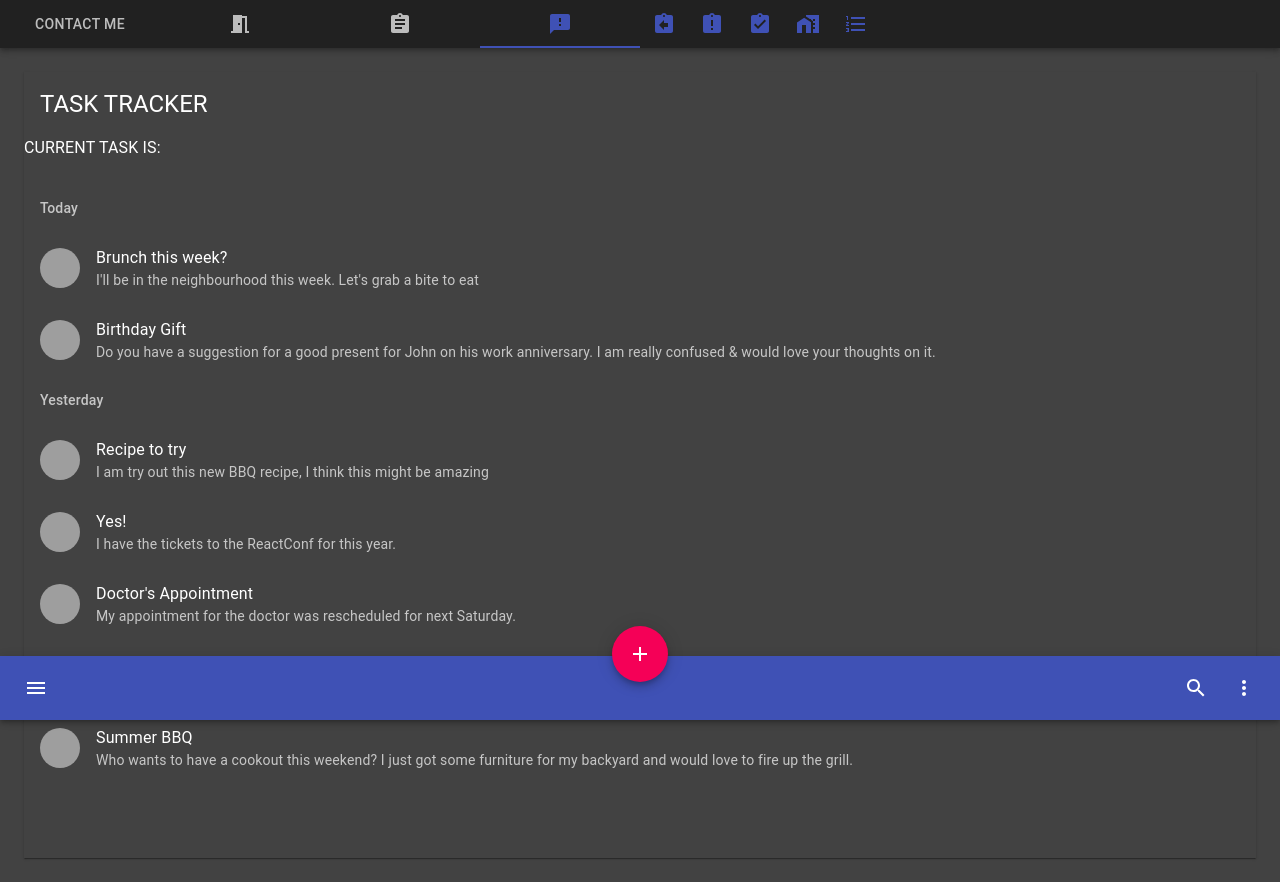
Repository: hossamsulleman1/CONTACTME
Page: / (app in my-app/), after clicking the first element matching `#scrollable-auto-tab-3`
These files come from the project's save history. The page is drawn as it stood at one moment and after a run of saves; the edit follows.
The browser window is 1280 px wide. The pictures show the whole page.
Pictures or frames that could not be fetched are drawn as grey boxes. The project was rebuilt for these pictures with package versions that can differ from the ones it lists, and the page was loaded fresh each time. Also part of the build but not shown: my-app/src/Components/ProfileFolder/FriendsAvatarList.jsx, my-app/src/Components/ProfileFolder/Content.jsx, my-app/src/Components/Preview.jsx.

Above is the page before, as saved 2020-11-09 11:13:26.

After the next 2 saves:
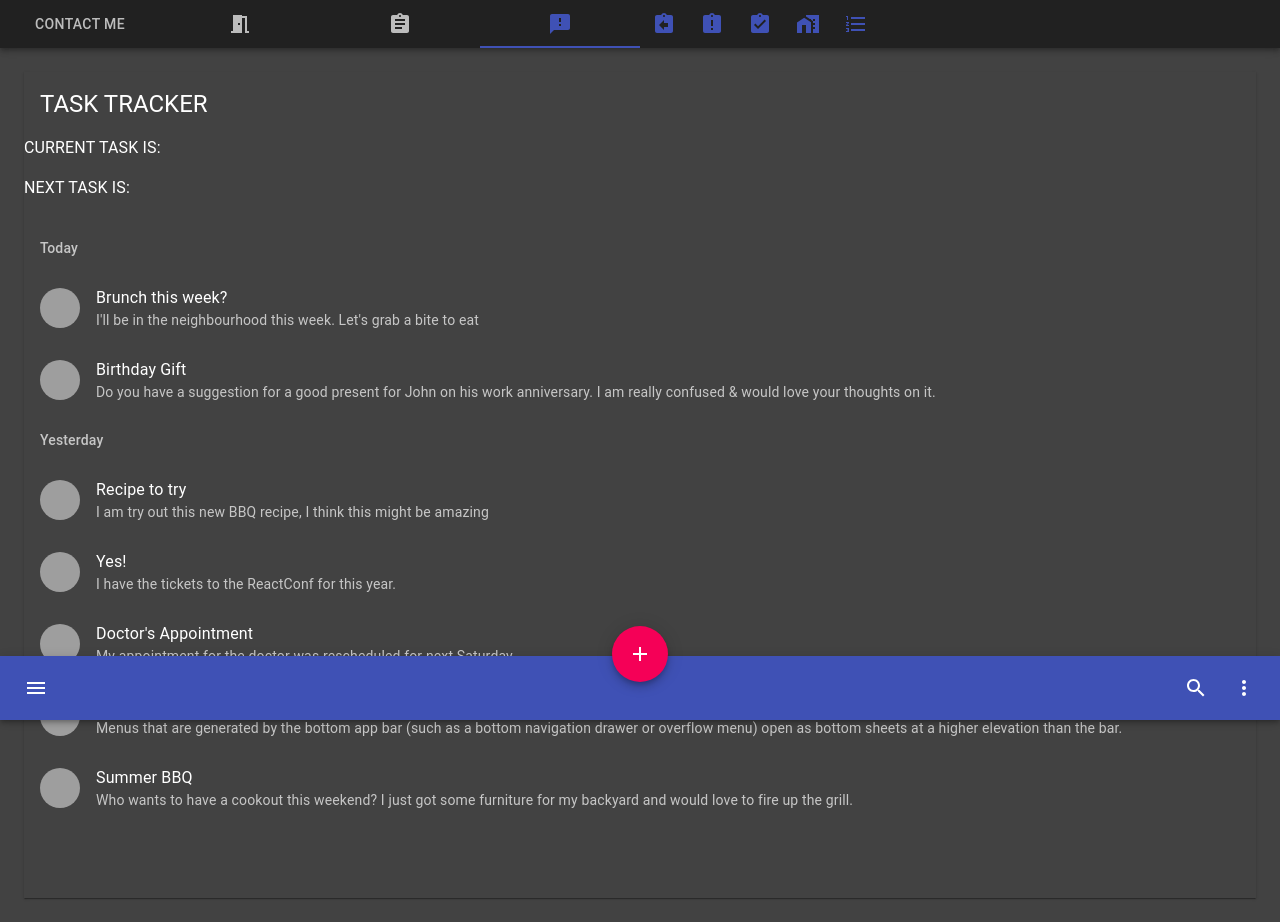
The 2 saves are shown as one change because they came seconds apart.
The last was saved 9 s later.
--- a/my-app/src/Components/BottomNav.jsx
+++ b/my-app/src/Components/BottomNav.jsx
@@ -108,7 +108,8 @@ export default function BottomNav() {
           TASK TRACKER
         </Typography>
         <p>CURRENT TASK IS:</p>
-
+        <p>NEXT TASK IS:</p>
+        {/*  */}
         <List className={classes.list}>
           {messages.map(({ id, primary, secondary, person }) => (
             <React.Fragment key={id}>
